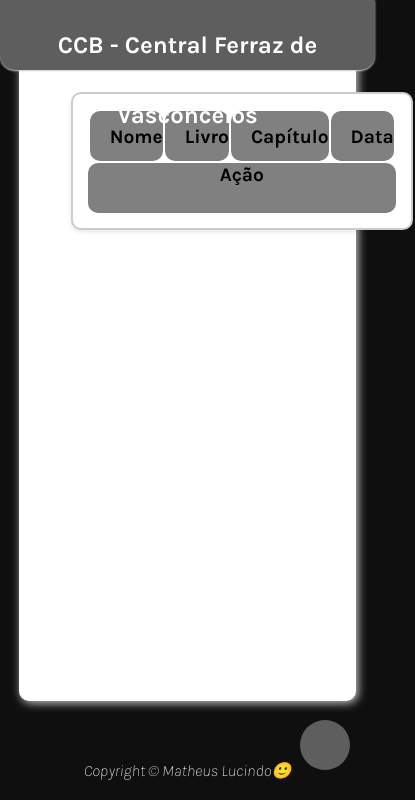
Repository: Matheus904-12/API-da-CCB
Page: index.html
The author's editor kept a copy of each file at every save. The page is drawn from the files as they stood at one save, then again after the next save.
The browser window is 375 px wide. The page is 415 px wide, so the pictures cover 415 px, including what lies to the right of the window. The pictures show the whole page.
Pictures or frames that could not be fetched are drawn as grey boxes.

Above is the page before, as saved 2024-01-14 01:18:26.

### index.html
<!DOCTYPE html>
<html lang="pt-BR">

<head>
    <meta charset="UTF-8">
    <meta http-equiv="X-UA-Compatible" content="IE=edge">
    <meta name="viewport" content="width=device-width, initial-scale=1.0">
    <link rel="preconnect" href="https://fonts.gstatic.com">
    <link href="https://fonts.googleapis.com/css2?family=Karla:ital,wght@0,400;0,700;1,200;1,800&display=swap"
        rel="stylesheet">
    <link rel="stylesheet" href="principal.css">
    <link rel="stylesheet" href="botao.css">
    <link rel="stylesheet" href="registros.css">
    <link rel="stylesheet" href="modal.css">
    <link rel="stylesheet" href="chat.css">
    <script src="script.js" defer></script>
    <title>CCB - Central</title>
</head>

<body>
    <header>

        <h1 class="header-title">CCB - Central Ferraz de Vasconcelos</h1>
    </header>
    <main>
        <button type="button" class="button blue mobile" id="cadastrarCliente">Adicionar Recitativo</button>
        <table id="tableClient" class="records">
            <thead>
                <tr>
                    <th>Nome</th>
                    <th>Livro</th>
                    <th>Capítulo</th>
                    <th>Data</th>
                    <th>Ação</th>
                </tr>
            </thead>
            <tbody>

            </tbody>
        </table>
        <div class="modal" id="modal">
            <div class="modal-content">
                <header class="modal-header">
                    <h2>Recitativo</h2>
                    <span class="modal-close" id="modalClose">&#10006;</span>
                </header>
                <form id="form" class="modal-form">


                    <input type="text" id="nome" data-index="new" class="modal-field" placeholder="Nome"
                        required>

                    <input type="text" id="livro" class="modal-field" placeholder="Livro" required>

                    <input type="number" id="capitulo" class="modal-field" placeholder="Capítulo" required>

                    <input type="number" id="versiculo" class="modal-field" placeholder="Versículo" required>

                    <input type="date" id="data" class="modal-field" placeholder="Data" required>

                    <label for="auxiliar">Auxiliar</label>
                        <select id="auxiliar" class="modal-field">
                            <option value="none">Nenhum</option>
                            <option value="aline">Aline Gomes Santos</option>
                            <option value="alfredo">Alfredo Bruske Schuster</option>
                            <option value="alef">Alef Vinicius</option>
                            <option value="jose">José Victor Zeller Gonçalves</option>
                            <option value="jonas">Jonas Amorim Lopes da Silva</option>
                            <option value="loraine">Loraine de Assis Souza</option>
                            <option value="natalia">Natália de Sena Marques</option>
                        </select>


                </form>
                <footer class="modal-footer">
                    <button id="salvar" class="button green">Salvar</button>
                    <button id="cancelar" class="button blue">Cancelar</button>
                </footer>
            </div>
        </div>
    </main>
    <footer>
        Copyright &copy; Matheus Lucindo🙂
    </footer>
</body>

</html>

### principal.css
*{
    padding: 0;
    margin: 0;
    box-sizing: border-box;
}

:root{
    --primary-color: #5e5e5e;
    --secundary-color: #bdbd00;
    --shadow-color: #CCC;
    --text-color: #FFF;
}

body{
    min-height: 100vh;
    display: flex;
    flex-direction: column;
    font-family: 'karla', sans-serif;
    position:relative;
    background-color: #0f0f0f;
}

header{
    background-color: var(--primary-color);
    height: 70px;
    text-align: center;
    line-height: 70px;
    box-shadow: 0 1px 2px var(--shadow-color);
    border-radius: 0px 0px 15px 15px;
}

.header-title{
    color: white;
    font-size: 2rem;
}

main{
    flex-grow: 1;
    display: flex;
    flex-direction: column;
    align-items: flex-start;
    width: 90%;
    margin: 5vh auto;
    padding: 50px;
    box-shadow: 2px 2px 10px var(--shadow-color);
    gap: 20px;
    border-radius: 10px;
    background-color: #ffffff;
}

main, th {
}

footer{
    width:100;
    text-align: center;
    font-weight: 200;
    font-style: italic;
    padding: 20px;
    color: white;
}

### botao.css
.button{
    border-style: none;
    height: 40px;
    padding: 6px 12px;
    background-color: black;
    color: white;
    font-size: 1rem;
    cursor: pointer;
    transition: box-shadow .6s ease;
    border-radius: 10px;
}

.button.blue{
    background-color: #bdbd00;
}

button.green{
    background-color: #13CE66;
}

button.red{
    background-color: #FF4949;
}

.button:hover{
    box-shadow: inset 200px 0 0 #00000055;
}

/* Estilização da barra de rolagem */
::-webkit-scrollbar {
    width: 12px; /* Largura da barra de rolagem */
    border-radius: 10px;
}

::-webkit-scrollbar-thumb {
    background-color: #dbc834; /* Cor do polegar da barra de rolagem */
    border-radius: 100px; /* Borda do polegar da barra de rolagem */
}

::-webkit-scrollbar-track {
    display: none;
}

::-webkit-scrollbar-thumb:hover {
    background-color: #bdbd00; /* Cor do polegar da barra de rolagem ao passar o mouse sobre ele */
}

### registros.css
.records{
    width: 100%;
    user-select: none;
    text-align: left;
}

.records th{
    height: 50px;
    background-color:gray;
    padding-left: 20px;
    font-size: 1.2rem;
    border-radius: 10px;
}
.records td{
    height: 50px;
    padding-left: 20px;
    border-radius: 10px;
}

.records th:last-child,
.records td:last-child{
    padding: 0;
    min-width: 140px;
    text-align: center;
}

.records tr:hover{
    background-color: var(--secundary-color);
}

.records tr {
    border-radius: 10px;
}

### modal.css
.modal{
    position: fixed;
    top:0;
    left:0;
    width: 100%;
    height: 100%;
    background: #00000090;
    opacity: 0;
    z-index: -1;
}

.modal.active{
    opacity: 1;
    z-index: 1;
}

.modal-content{
    display: flex;
    flex-direction: column;
    gap:20px;
    width: 50vw;
    margin: 15vh auto;
    padding-bottom: 20px;
    background-color: white;
    box-shadow: 1px 1px 10px black;
    border-radius: 15px;
}

.modal-header{
    display: flex;
    position: relative;
    justify-content: center;
    height: 40px;
    line-height: 40px;
    font-size: 1rem;
    border-radius: 10px;
}

.modal-header, #h2 {
    color: white
}

.modal-close{
    position: absolute;
    right: 0;
    display: block;
    width: 40px;
    height: 40px;
    text-align: center;
    user-select: none;
    cursor: pointer;
    border-radius: 10px;
}

.modal-close:hover{
    background-color: #FF4949;
    color: white;
}

.modal-form{
    display: flex;
    justify-content: space-between;
    flex-wrap: wrap;
    gap: 20px;
    padding: 0 20px;
}

.modal-field{
    width: calc(50% - 10px);
    height: 40px;
    outline-style: none;
    border-style: none;
    box-shadow: 0 0 2px black;
    padding: 0 10px;
    font-size:1rem;
    border-radius: 10px;
}

.modal-field:focus{
    border: 2px solid var(--primary-color);
    box-shadow: 0 0 3px var(--primary-color);
}


.modal-footer{
    background-color: inherit;
    text-align: right;
    padding: 0 20px;
}

### chat.css
@media (max-width: 480px) {
    header {
        position: fixed;
        width: 100%;
        background-color: var(--primary-color);
        z-index: 1000;
    }

    .header-title {
        font-size: 1.5rem;
        color: white;
        padding: 10px;
        text-align: center;
    }

    .button.mobile {
        font-size: 0;
        width: 50px;
        height: 50px;
        border-radius: 50%;
        position: fixed;
        top: 90vh;
        left: 80vw;
        background-color: var(--primary-color);
        border: none;
        display: flex;
        align-items: center;
        justify-content: center;
        z-index: 1001;
    }

    .button.mobile img {
        width: 60%;
        height: 60%;
        filter: invert(1);
        background: url(a);
    }

    .records th.mobile,
    .records td.mobile {
        display: none;
    }

    .records tr {
        border-radius: 10px;
        display: block;
        margin-bottom: 20px;
        border: 2px solid #ccc;
        background-color: white;
        box-shadow: 0 2px 4px rgba(0, 0, 0, 0.1);
        padding: 15px;
    }

    .records td {
        display: flex;
        flex-wrap: wrap;
        justify-content: space-between;
        margin: 10px 0;
    }

    .records th:last-child,
    .records td:last-child {
        padding: 0;
        min-width: 140px;
        text-align: center;
        display: block;
        margin: 0 auto;
    }

    .modal {
        top: 100%;
        transition: all 1s ease;
        background-color: rgba(0, 0, 0, 0.5);
        display: flex;
        align-items: center;
        justify-content: center;
    }

    .modal.active {
        top: 0;
    }

    .modal-content {
        margin: 0;
        width: 90%;
        max-width: 400px;
        background-color: white;
        box-shadow: 0 2px 4px rgba(0, 0, 0, 0.1);
        border-radius: 10px;
        padding: 20px;
        position: relative;
    }

    .modal-field {
        width: 100%;
        margin-bottom: 15px;
        padding: 10px;
        border: 1px solid #ccc;
        border-radius: 5px;
        box-sizing: border-box;
    }
}

### script.js
'use strict'

const openModal = () => document.getElementById('modal')
    .classList.add('active')

const closeModal = () => {
    clearFields()
    document.getElementById('modal').classList.remove('active')
}


const getLocalStorage = () => JSON.parse(localStorage.getItem('db_client')) ?? []
const setLocalStorage = (dbClient) => localStorage.setItem("db_client", JSON.stringify(dbClient))

// CRUD - create read update delete
const deleteClient = (index) => {
    const dbClient = readClient()
    dbClient.splice(index, 1)
    setLocalStorage(dbClient)
}

const updateClient = (index, client) => {
    const dbClient = readClient()
    dbClient[index] = client
    setLocalStorage(dbClient)
}

const readClient = () => getLocalStorage()

const createClient = (client) => {
    const dbClient = getLocalStorage()
    dbClient.push (client)
    setLocalStorage(dbClient)
}

const isValidFields = () => {
    return document.getElementById('form').reportValidity()
}

//Interação com o layout

const clearFields = () => {
    const fields = document.querySelectorAll('.modal-field')
    fields.forEach(field => field.value = "")
    document.getElementById('nome').dataset.index = 'new'
    document.querySelector(".modal-header>h2").textContent  = 'Novo Versículo'
}

const saveClient = () => {
    if (isValidFields()) {
        const client = {
            auxiliar: document.getElementById('auxiliar').value,
            nome: document.getElementById('nome').value,
            livro: document.getElementById('livro').value,
            capitulo: document.getElementById('capitulo').value,
            versiculo: document.getElementById('versiculo').value,
            data: document.getElementById('data').value
        }
        const index = document.getElementById('nome').dataset.index;
        if (index == 'new') {
            createClient(client);
            updateTable();
            closeModal();
        } else {
            updateClient(index, client);
            updateTable();
            closeModal();
        }
    }
}

const createRow = (client, index) => {
    const newRow = document.createElement('tr')
    newRow.innerHTML = `

        <td>${client.nome}</td>
        <td>${client.livro}</td>
        <td>${client.capitulo}</td>
        <td>${client.data}</td>
        <td>
            <button type="button" class="button green" id="edit-${index}">Editar</button>
            <button type="button" class="button red" id="delete-${index}" >Excluir</button>
        </td>
    `
    document.querySelector('#tableClient>tbody').appendChild(newRow)
}

const clearTable = () => {
    const rows = document.querySelectorAll('#tableClient>tbody tr')
    rows.forEach(row => row.parentNode.removeChild(row))
}

const updateTable = () => {
    const dbClient = readClient()
    clearTable()
    dbClient.forEach(createRow)
}

const fillFields = (client) => {
    document.getElementById('auxiliar').value = client.auxiliar
    document.getElementById('nome').value = client.nome
    document.getElementById('livro').value = client.livro
    document.getElementById('capitulo').value = client.capitulo
    document.getElementById('versiculo').value = client.versiculo
    document.getElementById('data').value = client.data
    document.getElementById('nome').dataset.index = client.index
}

const editClient = (index) => {
    const client = readClient()[index]
    client.index = index
    fillFields(client)
    document.querySelector(".modal-header>h2").textContent  = `Editando ${client.nome}`
    openModal()
}

const editDelete = (event) => {
    if (event.target.type == 'button') {

        const [action, index] = event.target.id.split('-')

        if (action == 'edit') {
            editClient(index)
        } else {
            const client = readClient()[index]
            const response = confirm(`Deseja realmente excluir o cliente ${client.nome}`)
            if (response) {
                deleteClient(index)
                updateTable()
            }
        }
    }
}

updateTable()

// Eventos
document.getElementById('cadastrarCliente')
    .addEventListener('click', openModal)

document.getElementById('modalClose')
    .addEventListener('click', closeModal)

document.getElementById('salvar')
    .addEventListener('click', saveClient)

document.querySelector('#tableClient>tbody')
    .addEventListener('click', editDelete)

document.getElementById('cancelar')
    .addEventListener('click', closeModal)

After the next save:
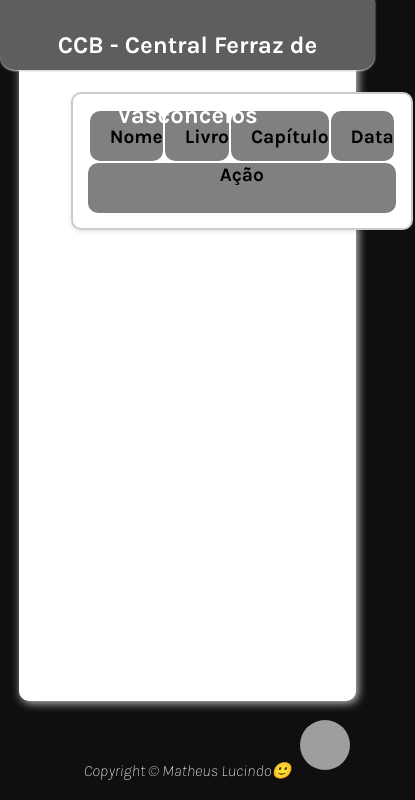
Saved 8 s later.
--- a/chat.css
+++ b/chat.css
@@ -26,14 +26,14 @@
         display: flex;
         align-items: center;
         justify-content: center;
-        z-index: 1001;
+        z-index: 1001;        background: url(a);
+
     }
 
     .button.mobile img {
         width: 60%;
         height: 60%;
         filter: invert(1);
-        background: url(a);
     }
 
     .records th.mobile,
